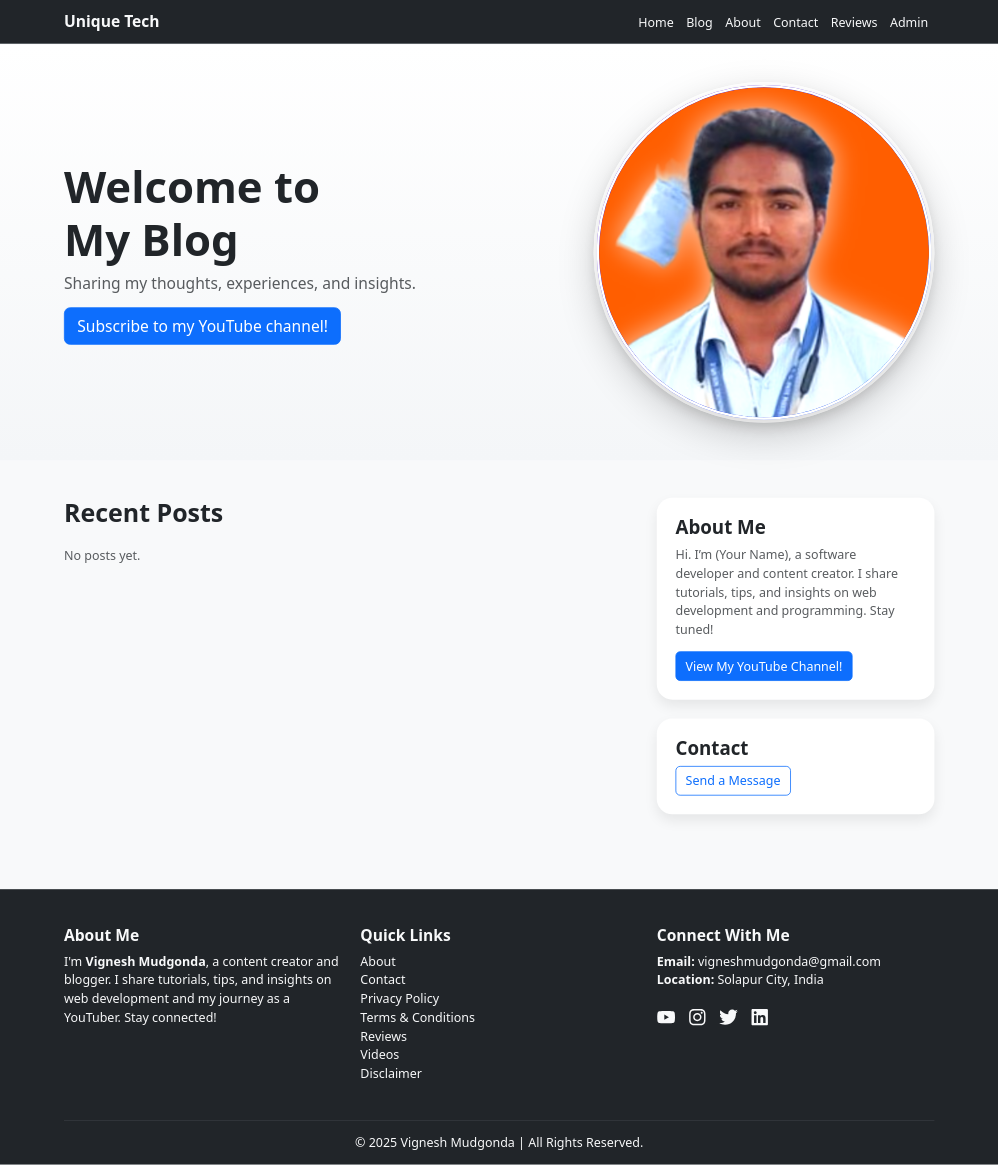
Repository: vigneshmudgonda/Blog2
Page: / (app in blog-frontend-full/)
An editor plug-in stored every save of this project. The page is shown before and after the next save, followed by the edit.
The browser window is 1280 px wide. The pictures show the whole page, at 78% of full size.
The page's requests for data from a server got no answer. The project was rebuilt for these pictures with package versions that can differ from the ones it lists, and the page was loaded fresh each time. No one was signed in, and anything a server would have sent is missing. Also part of the build but not shown: blog-frontend-full/src/pages/BlogList.js, blog-frontend-full/src/pages/BlogDetail.js, blog-frontend-full/src/pages/Reviews.js, blog-frontend-full/src/pages/Contact.js, blog-frontend-full/src/pages/About.js, blog-frontend-full/src/pages/AdminLogin.js, blog-frontend-full/src/pages/AdminDashboard.js, blog-frontend-full/src/pages/YoutubeVideos.js and 2 more.

Above is the page before, as saved 2025-08-22 19:54:50.

After the next save:
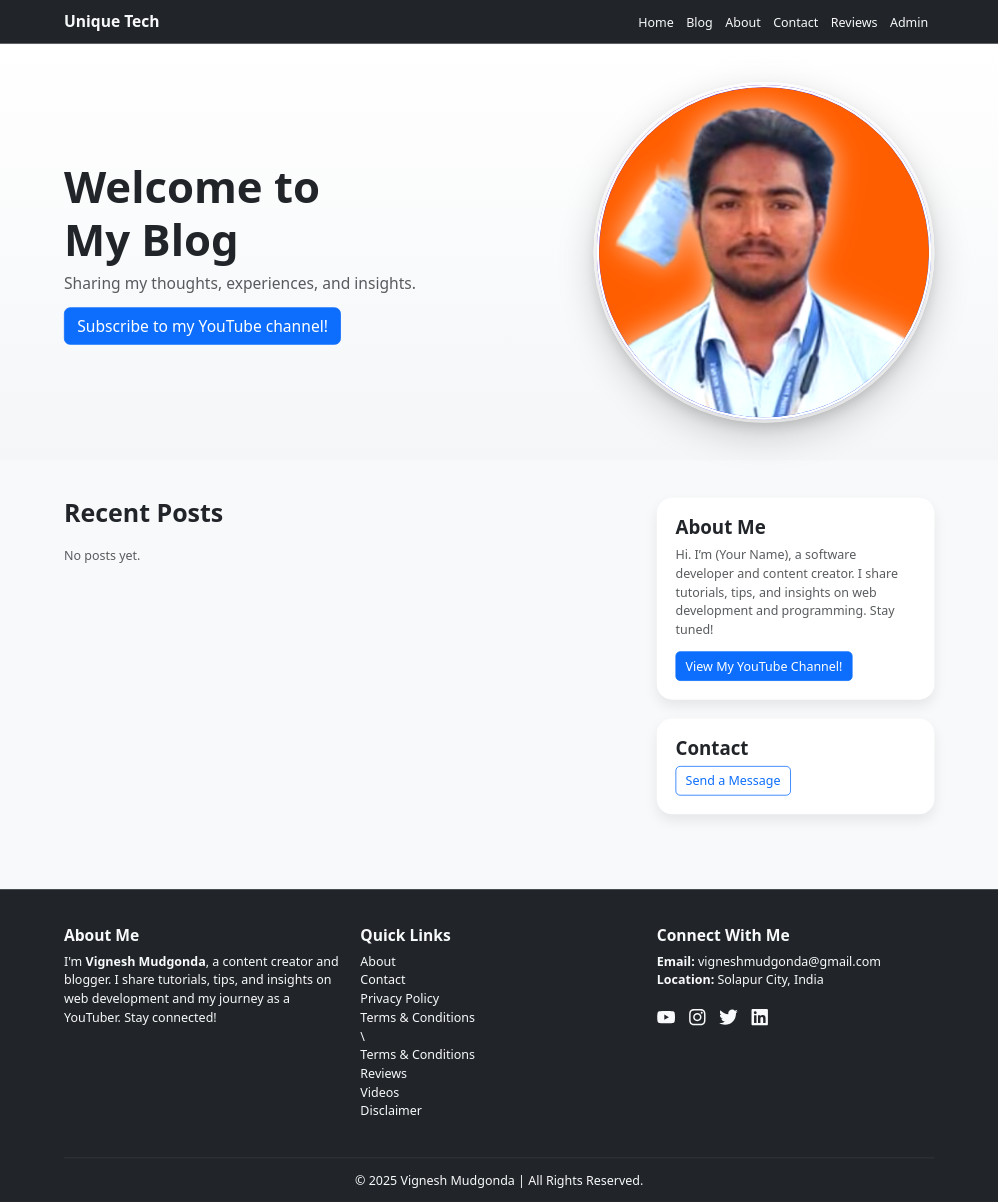
Saved 7 s later.
--- a/blog-frontend-full/src/components/Footer.js
+++ b/blog-frontend-full/src/components/Footer.js
@@ -33,6 +33,7 @@ export default function Footer() {
               <li><Link to="/contact" className="text-light text-decoration-none">Contact</Link></li>
               <li><Link to="/Privacy-Policy" className="text-light text-decoration-none">Privacy Policy</Link></li>
                <li><Link to="/terms" className="text-light text-decoration-none">Terms & Conditions</Link></li>
+               \ <li><Link to="/terms" className="text-light text-decoration-none">Terms & Conditions</Link></li>
               <li><Link to="/reviews" className="text-light text-decoration-none">Reviews</Link></li>
                <li><Link to="/youtube" className="text-light text-decoration-none">Videos</Link></li>
               Disclaimer
